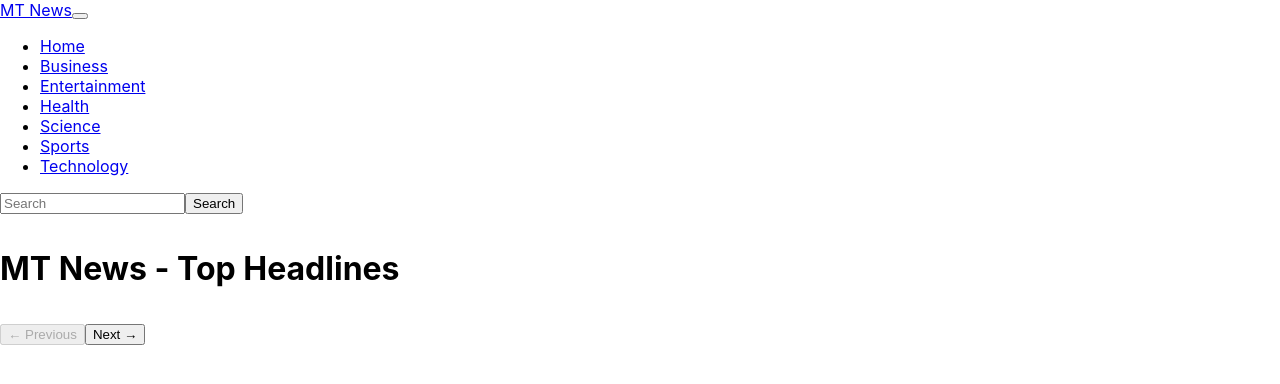
Repository: professorsourabh/news_website_using-ReactJS
Page: /
These files come from the project's save history. The page is drawn as it stood at one moment and after the next save; the edit follows.
The browser window is 1280 px wide. The pictures show the whole page.
The page's requests for data from a server got no answer. The project was rebuilt for these pictures with package versions that can differ from the ones it lists, and the page was loaded fresh each time. No one was signed in, and anything a server would have sent is missing. Also part of the build but not shown: src/Components/NewsaItem.js.

Above is the page before, as saved 2023-05-29 14:13:45.

### src/index.js
import React from 'react';
import ReactDOM from 'react-dom/client';
import './index.css';
import App from './App';
import reportWebVitals from './reportWebVitals';
import { BrowserRouter , Route, Routes } from 'react-router-dom';
const root = ReactDOM.createRoot(document.getElementById('root'));
root.render(
  <React.StrictMode>

    <App />

  </React.StrictMode>
);

// If you want to start measuring performance in your app, pass a function
// to log results (for example: reportWebVitals(console.log))
// or send to an analytics endpoint. Learn more: https://bit.ly/CRA-vitals
reportWebVitals();

### src/App.js
// App.js
import React, { Component } from 'react';
import { BrowserRouter as Router, Route, Routes } from 'react-router-dom';
import NavBar from './Components/NavBar';
import News from './Components/News';

export default class App extends Component {
  render() {
    return (
      <Router>
        <div>
          <NavBar />

          <Routes>
            <Route path="/" element={<News category="general"/>} />
            <Route path="/business" element={<News category="business" />} />
            <Route path="/news/Entertainment" element={<News category="entertainment" />} />
            <Route path="/health" element={<News category="health" />} />
            <Route path="/science" element={<News category="science" />} />
            <Route path="/sports" element={<News category="sports" />} />
            <Route path="/technology" element={<News category="technology" />} />
          </Routes>
        </div>
      </Router>
    );
  }
}

### src/Components/NavBar.js
// NavBar.js
import React, { Component } from 'react';
import { Link } from 'react-router-dom';

export class NavBar extends Component {
  render() {
    return (
      <div>
        <nav className="navbar navbar-expand-md bg-body-dark bg-dark text-center">
          <div className="container-fluid">
            <Link className="navbar-brand text-light" to="/">
              MT News
            </Link>
            <button
              className="navbar-toggler"
              type="button"
              data-bs-toggle="collapse"
              data-bs-target="#navbarSupportedContent"
              aria-controls="navbarSupportedContent"
              aria-expanded="false"
              aria-label="Toggle navigation"
            >
              <span className="navbar-toggler-icon"></span>
            </button>

            <div className="collapse navbar-collapse" id="navbarSupportedContent">
              <ul className="navbar-nav me-auto mb-2 mb-lg-0">
                <li className="nav-item">
                  <Link className="nav-link text-light" to="/">
                    Home
                  </Link>
                </li>

                <li className="nav-item">
                  <Link className="nav-link text-light" to="/business">
                    Business
                  </Link>
                </li>
                <li className="nav-item">
                  <Link className="nav-link text-light" to="/news/Entertainment">
                    Entertainment
                  </Link>
                </li>
                <li className="nav-item">
                  <Link className="nav-link text-light" to="/health">
                    Health
                  </Link>
                </li>
                <li className="nav-item">
                  <Link className="nav-link text-light" to="/science">
                    Science
                  </Link>
                </li>
                <li className="nav-item">
                  <Link className="nav-link text-light" to="/sports">
                    Sports
                  </Link>
                </li>
                <li className="nav-item">
                  <Link className="nav-link text-light" to="/technology">
                    Technology
                  </Link>
                </li>
              </ul>

              <form className="d-flex" role="search">
                <input className="form-control me-2" type="search" placeholder="Search" aria-label="Search" />
                <button className="btn btn-outline-success" type="submit">
                  Search
                </button>
              </form>
            </div>
          </div>
        </nav>
      </div>
    );
  }
}

export default NavBar;

### src/Components/News.js
// News.js
import React, { Component } from 'react';
import NewsaItem from './NewsaItem';
import Spinner from './Spinner';
import PropTypes from 'prop-types';

export class News extends Component {
  static defaultProps = {
    country: 'in',
    category: 'general',
  };

  static propTypes = {
    country: PropTypes.string,
    category: PropTypes.string,
  };

  constructor(props) {
    super(props);
    this.state = {
      articles: [],
      loading: false,
      page:1
    };
    document.title=`MT NEWS - ${this.props.category}`;
  }

  async componentDidMount() {
    await this.fetchArticles();
  }
  handlePrevious= async () => {
    const { country, category } = this.props;
    const apiKey = '6de024851937497c9017d3f0f0e104a4'; // Replace with your NewsAPI API key
    try {
      this.setState({ loading: true ,
      page:this.state.page-1});
      const url = `https://newsapi.org/v2/top-headlines?country=${country}&category=${category}&apiKey=${apiKey}&page=${this.state.page-1}&pageSize=20`;
      const response = await fetch(url);
      const data = await response.json();
      this.setState({ articles: data.articles, loading: false });
    } catch (error) {
      console.error('Error fetching articles:', error);
      this.setState({ loading: false });
    }
  }
  handleNext= async () => {
    if(this.state.page+1 > Math.ceil(this.state.totalResults/20)){

    }else{
    const { country, category } = this.props;
    const apiKey = '6de024851937497c9017d3f0f0e104a4'; // Replace with your NewsAPI API key
    try {
      this.setState({ loading: true ,
      page:this.state.page+1});
      const url = `https://newsapi.org/v2/top-headlines?country=${country}&category=${category}&apiKey=${apiKey}&page=${this.state.page+1}&pageSize=20`;
      const response = await fetch(url);
      const data = await response.json();
      this.setState({ articles: data.articles, loading: false });
    } catch (error) {
      console.error('Error fetching articles:', error);
      this.setState({ loading: false });
    }}
  }

  async componentDidUpdate(prevProps) {
    if (prevProps.category !== this.props.category) {
      await this.fetchArticles();
    }
  }

  fetchArticles = async () => {
    const { country, category } = this.props;
    const apiKey = '6de024851937497c9017d3f0f0e104a4'; // Replace with your NewsAPI API key

    try {
      this.setState({ loading: true });
      const url = `https://newsapi.org/v2/top-headlines?country=${country}&category=${category}&apiKey=${apiKey}&pageSize=20`;
      const response = await fetch(url);
      const data = await response.json();
      this.setState({ articles: data.articles, loading: false ,totalArticles:data.totalResults});
    } catch (error) {
      console.error('Error fetching articles:', error);
      this.setState({ loading: false });
    }
  };

  render() {
    const { articles, loading } = this.state;

    return (
      <div className="container my-3">
        <h1 className="text-center" style={{ margin: '35px 0px' }}>
          MT News - Top Headlines
        </h1>

        {loading ? (
          <Spinner />
        ) : (
          <div className="row">
            {articles.map((article) => (
              <div className="col-md-4" key={article.url}>
                <NewsaItem
                  title={article.title ? article.title : ''}
                  description={article.description ? article.description.slice(0, 88) : '' }author={article.author ? article.author : 'Unknown'}
                  date={article.publishedAt ? article.publishedAt : ''}
                  source={article.source}
                  imageUrl={
                    article.urlToImage ||
                    'https://img.etimg.com/thumb/msid-100188906,width-1070,height-580,imgsize-113958,overlay-etmarkets/photo.jpg'
                  }
                  newsUrl={article.url}
                />
              </div>
            ))}
          </div>

        )}
        <div className="container d-flex justify-content-between">
            <button disabled={this.state.page<=1} type="button" className="btn btn-primary" onClick={this.handlePrevious}>&larr; Previous</button>
            <button  type="button" className="btn btn-primary" onClick={this.handleNext}>Next &rarr;</button>
            </div>
      </div>
    );
  }
}

export default News;

### src/Components/Spinner.js
import React, { Component } from 'react'
import loading from './loading.gif'
export class Spinner extends Component {
  render() {
    return (
      <div className='d-flex justify-content-center text-center align-items-center'>
        <img src={loading} alt="loading"/>
      </div>
    )
  }
}

export default Spinner

Loaded but not shown: src/index.css (common file); src/reportWebVitals.js (common file)

After the next save:
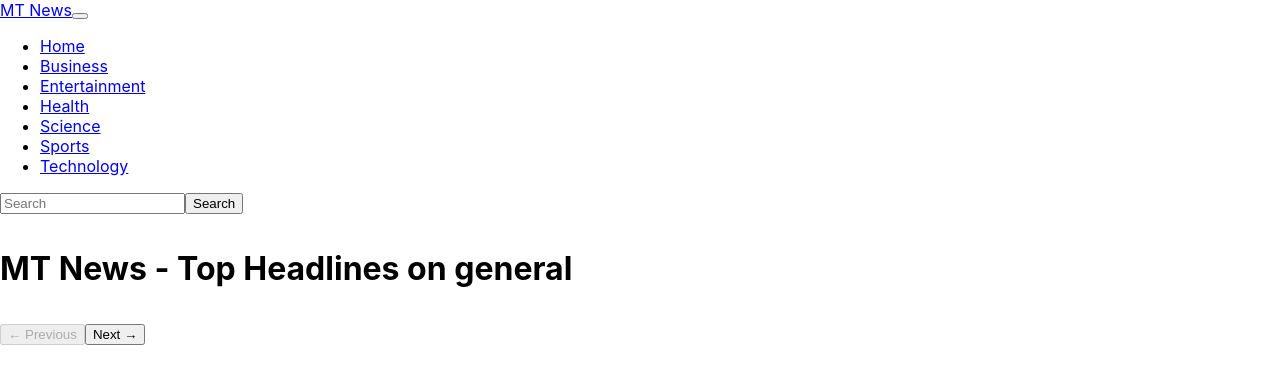
Saved 4 min 9 s later.
--- a/src/Components/News.js
+++ b/src/Components/News.js
@@ -90,7 +90,7 @@ export class News extends Component {
     return (
       <div className="container my-3">
         <h1 className="text-center" style={{ margin: '35px 0px' }}>
-          MT News - Top Headlines
+          MT News - Top Headlines on {this.props.category}
         </h1>
 
         {loading ? (
